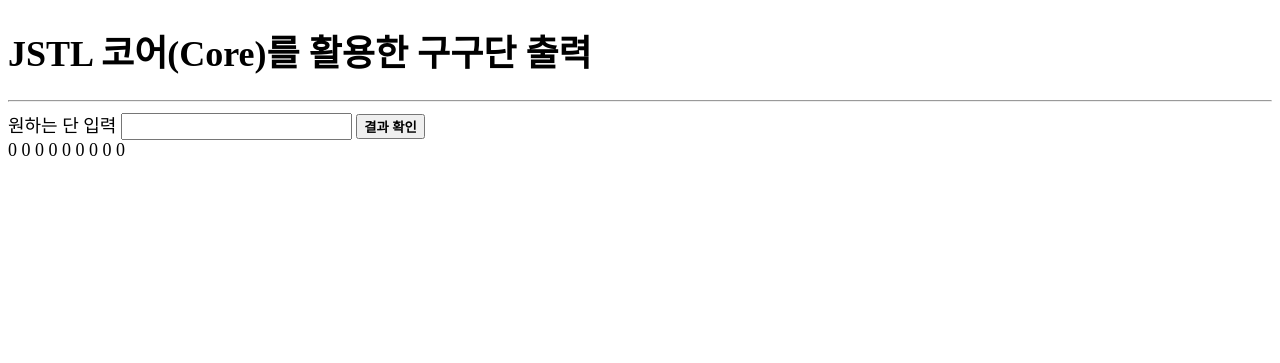
Repository: onpul/Web
Page: http://localhost/WebApp22/Gugudan.jsp
The author's editor kept a copy of each file at every save. The page is drawn from the files as they stood at one save, then again after the next save.
The browser window is 1280 px wide. The pictures show the whole page.
The page is served by Tomcat 9. Other server files are loaded and not shown.

Above is the page before, as saved 2022-04-29 08:00:00.

### WebApp22/WebContent/Gugudan.jsp
<%@ page contentType="text/html; charset=UTF-8"%>
<%@ taglib prefix="c" uri="http://java.sun.com/jsp/jstl/core"%>
<%
	request.setCharacterEncoding("UTF-8");
	String cp = request.getContextPath();
%>
<!DOCTYPE html>
<html>
<head>
<meta charset="UTF-8">
<title>Gugudan.jsp</title>
<link rel="stylesheet" type="text/css" href="<%=cp %>/css/main.css">
</head>
<body>

<!-- 원하는 단을 입력받아 구구단을 출력하는 JSP 페이지를 구성한다.
     단, JSTL Core if 문과 forEach 구문을 활용한다. -->

<div>
	<h1>JSTL 코어(Core)를 활용한 구구단 출력</h1>
	<hr>
</div>

<div>
	<form action="">
		원하는 단 입력 <input type="text" name="dan" class="txt"/>

		<button type="submit" class="btn">결과 확인</button>
	</form>
</div>

<div>
	<!-- 결과 처리 -->
	<c:forEach var="a" begin="1" end="9" step="1">
		${param.dan * a}
	</c:forEach>
</div>

</body>
</html>

### WebApp22/WebContent/css/main.css
@charset "UTF-8";

*
{
	font-family: 맑은고딕;
	color: black;
}

body, p, div, span, input, table, th, td, select
{
	font-size: 18px;
}

.control
{
	border: 1px solid gray;
	border-radius: 3px;
}

.table
{
	border-collapse: collapse;
	width: 100%;
}

.table th, .table td
{
	border: 1px solid gray;
	border-left: 0px;
	border-right: 0px;
	padding: 3px;
	line-height: 150%;
}

.table th
{
	font-weight: bold;
	background-color: #eeeeee;
}

.btn
{
	font-weight: bold;
}

.btn:hover
{
	color: white;
	background-color: #787;
}

After the next save:
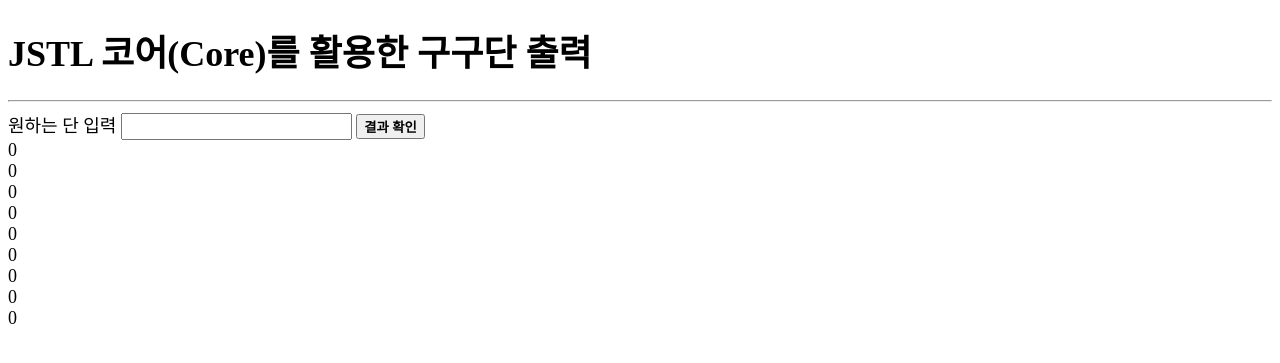
Saved 13 s later.
--- a/WebApp22/WebContent/Gugudan.jsp
+++ b/WebApp22/WebContent/Gugudan.jsp
@@ -32,7 +32,7 @@
 <div>
 	<!-- 결과 처리 -->
 	<c:forEach var="a" begin="1" end="9" step="1">
-		${param.dan * a}
+		${param.dan * a} <br>
 	</c:forEach>
 </div>
 
